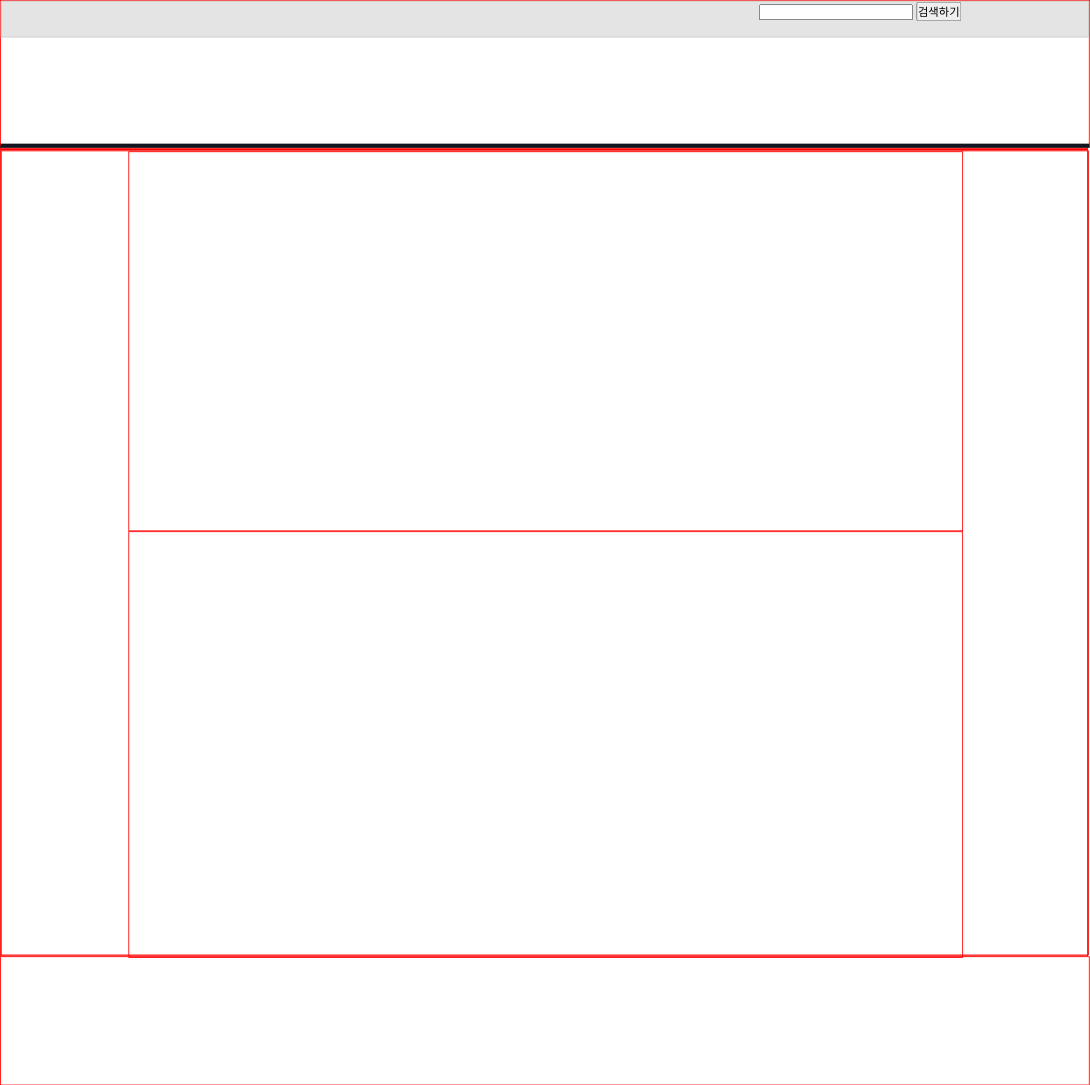
Repository: jungsoon-kim/home_study
Page: study/webzine.html
An editor plug-in stored every save of this project. The page is shown before and after the next save, followed by the edit.
The browser window is 1280 px wide. The page is 1282 px wide, so the pictures cover 1282 px, including what lies to the right of the window. The pictures show the whole page, at 85% of full size.

Above is the page before, as saved 2015-09-14 14:29:03.

After the next save:
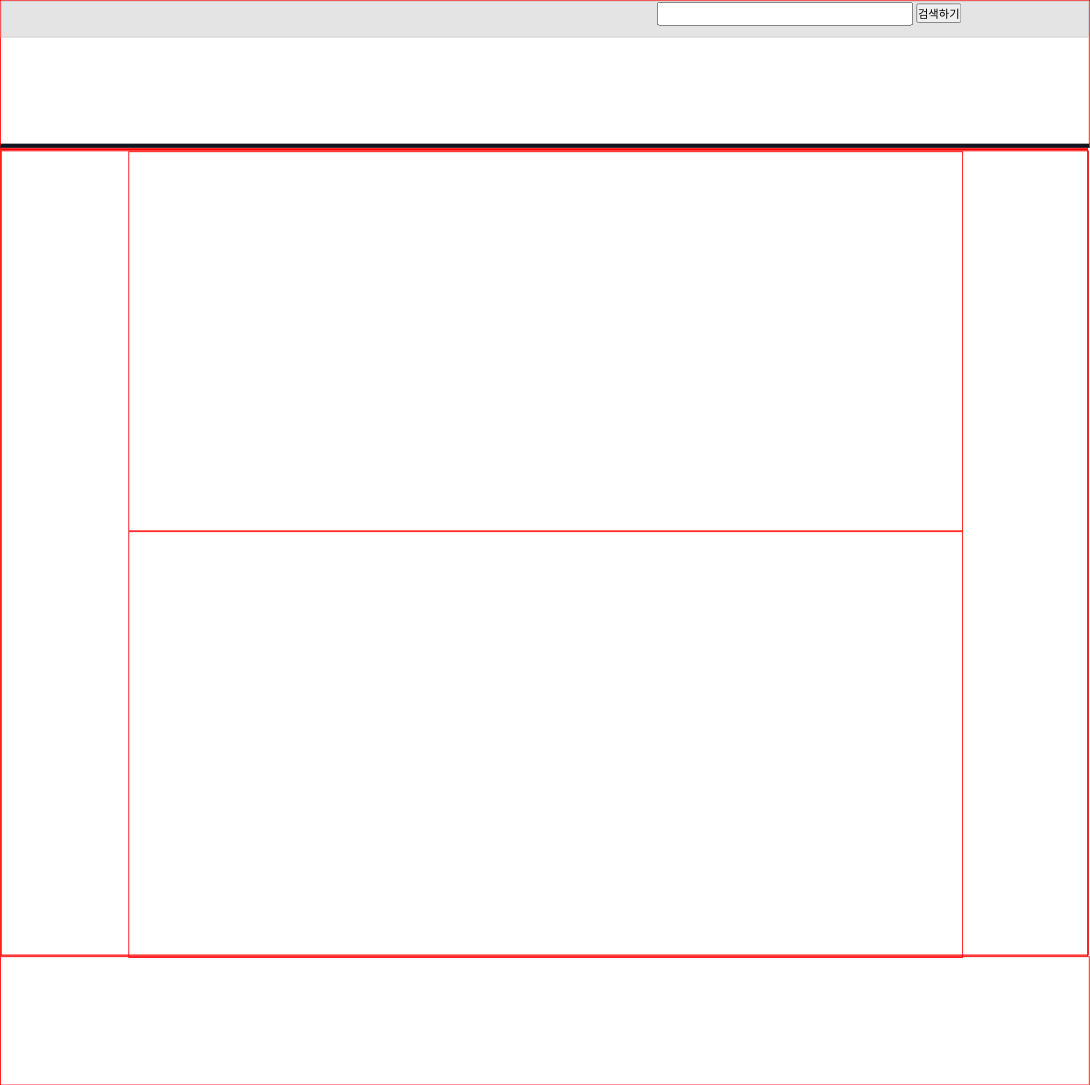
Saved 89 s later.
--- a/study/common.css
+++ b/study/common.css
@@ -20,6 +20,7 @@ fieldset {border:0 none;}
 #header {width:100%; height:168px; border-bottom:5px #12151f solid;}
 .header-top{height: 41px; background:#e4e4e4; border: 1px solid #cdcdcd;}
 .header-top .wrap fieldset {float:right;}
+.header-top .wrap fieldset input[type="text"] {width: 277px; height: 24px; padding:0 10px ;}
 
 
 
